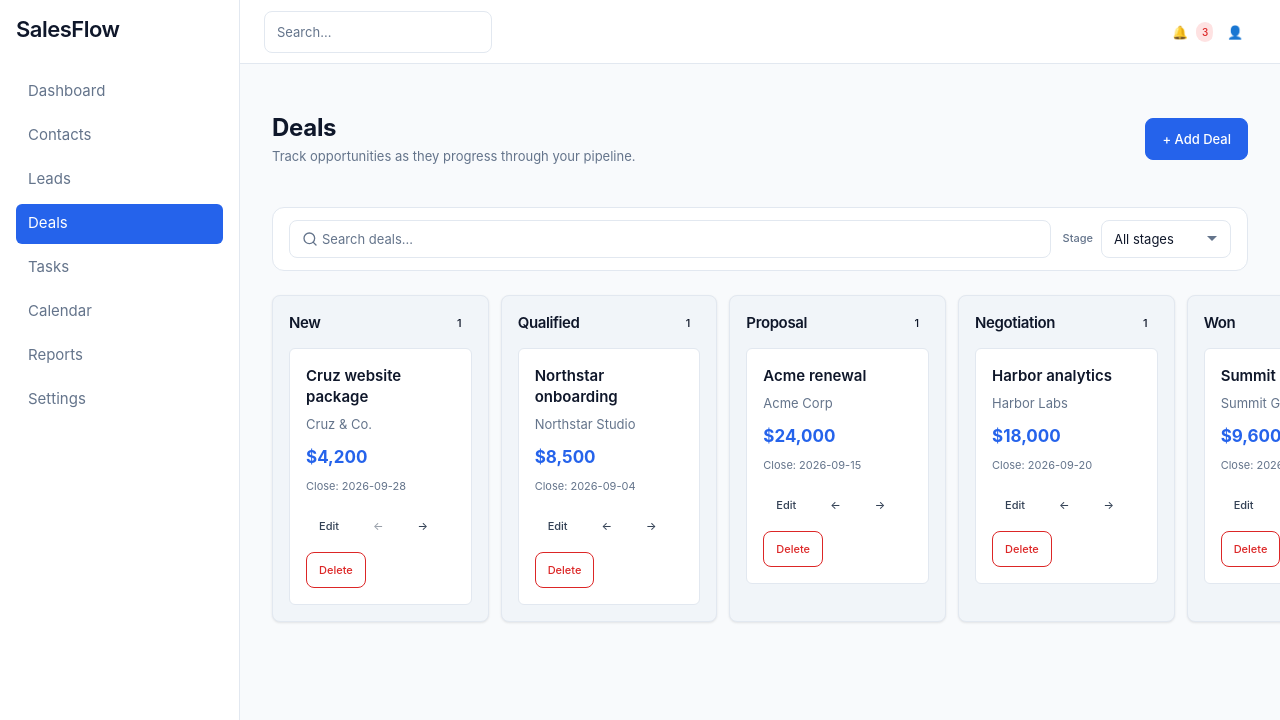
Repository: lawrencegonzaga-dev/salesflow-crm
Page: /deals
An editor plug-in stored every save of this project. The page is shown before and after the next save, followed by the edit.
The browser window is 1280 px wide. The pictures show the whole page.
The project was rebuilt for these pictures with package versions that can differ from the ones it lists, and the page was loaded fresh each time. Also part of the build but not shown: vite.config.js, src/components/StatCard.jsx, src/components/DashboardLeads.jsx, src/components/DashboardDeals.jsx, src/components/DashboardTasks.jsx, src/components/RecentActivity.jsx, src/pages/Dashboard.jsx, src/components/ContactForm.jsx and 25 more.

Above is the page before, as saved 2026-08-18 00:18:59.

### index.html
<!doctype html>
<html lang="en">
  <head>
    <meta charset="UTF-8" />
    <link rel="icon" type="image/svg+xml" href="/favicon.svg" />
    <meta name="viewport" content="width=device-width, initial-scale=1.0" />
    <title>salesflow-crm</title>
  </head>
  <body>
    <div id="root"></div>
    <script type="module" src="/src/main.jsx"></script>
  </body>
</html>

### src/main.jsx
/* ========================================================= */
/* FILE: src/main.jsx */
/* ========================================================= */

import { StrictMode } from 'react';
import { createRoot } from 'react-dom/client';

import "./styles/main.css";
import App from './App.jsx';
import { CRMProvider } from "./context/CRMContext.jsx";

createRoot(document.getElementById('root')).render(
    <StrictMode>
        <CRMProvider>
            <App />
        </CRMProvider>
    </StrictMode>,
);

### src/styles/main.css
@import "./reset.css";
@import "./variables.css";
@import "./base.css";
@import "./layout.css";
@import "./utilities.css";

@import "./components/sidebar.css";
@import "./components/header.css";
@import "./components/toolbar.css";
@import "./components/button.css";
@import "./components/form.css";
@import "./components/card.css";
@import "./components/badge.css";
@import "./components/table.css";
@import "./components/modal.css";
@import "./components/kanban.css";
@import "./components/calendar.css";
@import "./components/leads.css";
@import "./crm.css";

/* main.css */

### src/App.jsx
/* ========================================================= */
/* FILE: src/App.jsx */
/* ========================================================= */

import { BrowserRouter, Routes, Route } from "react-router-dom";

import Dashboard from "./pages/Dashboard";
import Contacts from "./pages/Contacts";
import Leads from "./pages/Leads";
import Deals from "./pages/Deals";
import Tasks from "./pages/Tasks";
import Calendar from "./pages/Calendar";
import Reports from "./pages/Reports";
import Settings from "./pages/Settings";
import AppLayout from "./layouts/AppLayout";

function App() {
    return (
        <BrowserRouter>
            <Routes>
                <Route element={<AppLayout />}>
                    <Route path="/" element={<Dashboard />} />
                    <Route path="/dashboard" element={<Dashboard />} />
                    <Route path="/contacts" element={<Contacts />} />
                    <Route path="/leads" element={<Leads />} />
                    <Route path="/deals" element={<Deals />} />
                    <Route path="/tasks" element={<Tasks />} />
                    <Route path="/calendar" element={<Calendar />} />
                    <Route path="/reports" element={<Reports />} />
                    <Route path="/settings" element={<Settings />} />
                </Route>
            </Routes>
        </BrowserRouter>
    );
}

export default App;

### src/styles/reset.css
*,
*::before,
*::after {
  box-sizing: border-box;
}

html {
  -webkit-text-size-adjust: 100%;
}

body {
  margin: 0;
  background: var(--color-page);
  color: var(--color-text);
  font-family: var(--font-family);
  font-size: 16px;
  line-height: 1.5;

  -webkit-font-smoothing: antialiased;
  text-rendering: optimizeLegibility;
}

#root {
  min-height: 100vh;
}

h1, h2, h3, h4, h5, h6, p {
  margin: 0;
}

img, svg, video {
  display: block;
  max-width: 100%;
}

a {
  color: inherit;
}

### src/styles/utilities.css
.container {
  width: min(100%, var(--content-max-width));
  margin-inline: auto;
}

.visually-hidden {
  position: absolute;
  width: 1px;
  height: 1px;
  padding: 0;
  margin: -1px;
  overflow: hidden;
  clip: rect(0, 0, 0, 0);
  white-space: nowrap;
  border: 0;
}

### src/styles/components/sidebar.css
.app-sidebar {
  width: var(--sidebar-width);
  height: 100vh;

  padding: var(--sidebar-padding);

  display: flex;
  flex-direction: column;

  background: var(--color-surface);
  border-right: 1px solid var(--color-border);
  color: var(--color-text);
}

.app-sidebar h2 {
  margin: 0 0 28px;
  font-size: 22px;
  letter-spacing: -.5px;
}

.sidebar-nav {
  display: flex;
  flex-direction: column;
  gap: 4px;

  overflow-y: auto;
}

.sidebar-nav_item {
  min-height: var(--nav-item-height);

  display: flex;
  align-items: center;

  padding: var(--nav-item-padding);
  gap: var(--nav-item-gap);

  color: var(--color-text-muted);
  text-decoration: none;
  border-radius: var(--radius-sm);

  transition: background var(--transition-fast), color var(--transition-fast);
}

.sidebar-nav_item:hover {
  background: var(--color-surface-muted);
  color: var(--color-text);
}

.sidebar-nav_item.active {
  background: var(--color-action);
  color: white;
}

### src/styles/components/header.css
.app-header {
  height: var(--header-height);

  display: flex;
  align-items: center;
  justify-content: space-between;

  padding: var(--header-padding);

  background: var(--color-surface);
  border-bottom: 1px solid var(--color-border);
  color: var(--color-text);
}

.app-header_left,
.app-header_right {
  display: flex;
  align-items: center;
  gap: var(--header-item-gap);
}

.menu-button {
  display: none;
}

@media (max-width: 768px) {
  .app-header {
    padding: 0 16px;
  }

  .app-header_right {
    display: none;
  }

  .menu-button {
    display: inline-grid;
    width: 40px;
    height: 40px;
    place-items: center;
    padding: 0;
    font-size: 20px;
    border-radius: var(--radius-sm);
  }
}
/* header.css */

### src/styles/components/toolbar.css
/* ========================================================= */
/* FILE: src/styles/components/toolbar.css */
/* ========================================================= */

.toolbar {
  display: flex;
  flex-wrap: wrap;
  align-items: center;
  gap: var(--space-3);
  padding: var(--space-3) var(--space-4);
  background: var(--color-surface);
  border: 1px solid var(--color-border);
  border-radius: var(--radius-lg);
}

.toolbar .search-field {
  flex: 1 1 260px;
  min-width: 160px;
}

.toolbar .search-field input {
  min-height: 38px;
  height: 38px;
  padding-left: var(--space-8);
  background-image: url("data:[embedded picture, 278 characters]");
  background-repeat: no-repeat;
  background-position: var(--space-3) center;
  background-size: 16px;
}

.toolbar .filter-group {
  display: flex;
  align-items: center;
  gap: var(--space-2);
}

.toolbar .filter-group label {
  font-size: var(--text-xs);
  font-weight: var(--font-weight-medium);
  color: var(--color-text-muted);
  white-space: nowrap;
}

.toolbar select {
  min-height: 38px;
  height: 38px;
  min-width: 130px;
}

/* ================================
   TOOLBAR VARIANTS
   ================================ */

.toolbar--compact {
  padding: var(--space-2) var(--space-3);
  gap: var(--space-2);
}

.toolbar--compact select {
  min-height: 34px;
  height: 34px;
  min-width: 110px;
  font-size: var(--text-xs);
}

.toolbar--compact .search-field input {
  min-height: 34px;
  height: 34px;
  font-size: var(--text-xs);
}

/* ================================
   PAGE TOOLBAR
   ================================ */

.page-toolbar {
  display: flex;
  align-items: center;
  justify-content: space-between;
  gap: var(--space-4);
  flex-wrap: wrap;
}

.page-toolbar-left,
.page-toolbar-right {
  display: flex;
  align-items: center;
  gap: var(--space-3);
  flex-wrap: wrap;
}

/* ================================
   RESPONSIVE
   ================================ */

@media (max-width: 768px) {
  .toolbar {
    flex-direction: column;
    align-items: stretch;
  }

  .toolbar .search-field {
    flex: 1 1 auto;
    min-width: auto;
  }

  .toolbar .filter-group {
    flex-wrap: wrap;
  }

  .toolbar select {
    flex: 1 1 auto;
    min-width: auto;
  }

  .page-toolbar {
    flex-direction: column;
    align-items: stretch;
  }

  .page-toolbar-left,
  .page-toolbar-right {
    flex-wrap: wrap;
  }
}

/* toolbar.css */

### src/styles/components/card.css
.card,
.stat-card,
.kanban-column {
  background: var(--color-surface);
  border: 1px solid var(--color-border);
  border-radius: var(--radius-lg);
  box-shadow: var(--shadow-sm);
  transition: all var(--transition-base);
}

.card {
  padding: var(--card-padding);
}

.card:hover {
  box-shadow: var(--shadow-md);
}

.card--elevated {
  box-shadow: var(--shadow-md);
}

.card--elevated:hover {
  box-shadow: var(--shadow-lg);
}

.card--bordered {
  border-width: 2px;
}

.card--interactive {
  cursor: pointer;
}

.card--interactive:hover {
  border-color: var(--color-action);
  box-shadow: var(--shadow-md);
  transform: translateY(-2px);
}

.card-header,
.card_header {
  display: flex;
  align-items: flex-start;
  justify-content: space-between;
  gap: var(--space-4);
  margin-bottom: var(--space-4);
}

.card-header--center {
  align-items: center;
}

.card-title {
  font-size: var(--text-lg);
  font-weight: var(--font-weight-semibold);
  color: var(--color-text);
  margin: 0;
}

.card-subtitle {
  font-size: var(--text-sm);
  color: var(--color-text-muted);
  margin-top: var(--space-1);
}

.card-body,
.card_body {
  width: 100%;
}

.card-footer {
  display: flex;
  align-items: center;
  justify-content: flex-end;
  gap: var(--space-3);
  margin-top: var(--space-4);
  padding-top: var(--space-4);
  border-top: 1px solid var(--color-border);
}

.stat-card {
  display: grid;
  gap: var(--space-1);
  padding: var(--card-padding);
}

.stat-card:hover {
  box-shadow: var(--shadow-md);
}

.stat-card .stat-label {
  font-size: var(--text-sm);
  color: var(--color-text-muted);
  font-weight: var(--font-weight-medium);
}

.stat-card .stat-value {
  font-size: var(--text-3xl);
  font-weight: var(--font-weight-bold);
  color: var(--color-text);
  line-height: 1.2;
}

.stat-card .stat-detail {
  font-size: var(--text-sm);
  color: var(--color-text-muted);
}

.stat-card .stat-change {
  display: inline-flex;
  align-items: center;
  gap: var(--space-1);
  font-size: var(--text-sm);
  font-weight: var(--font-weight-medium);
  padding: var(--space-0-5) var(--space-2);
  border-radius: var(--radius-full);
}

.stat-card .stat-change--positive {
  color: var(--color-success);
  background: var(--color-success-light);
}

.stat-card .stat-change--negative {
  color: var(--color-danger);
  background: var(--color-danger-light);
}

@media (max-width: 768px) {
  .card {
    padding: var(--card-padding-sm);
  }

  .stat-card {
    padding: var(--card-padding-sm);
  }

  .stat-card .stat-value {
    font-size: var(--text-2xl);
  }

  .card-header {
    flex-direction: column;
    align-items: flex-start;
  }
}

### src/styles/components/badge.css
/* ========================================================= */
/* FILE: src/styles/components/badge.css */
/* ========================================================= */

.badge {
  display: inline-flex;
  align-items: center;
  gap: var(--space-1);
  min-height: 24px;
  padding: 0 var(--space-2-5);
  font-size: var(--text-xs);
  font-weight: var(--font-weight-medium);
  line-height: 1;
  border-radius: var(--radius-full);
  white-space: nowrap;
  transition: all var(--transition-fast);
}

/* ================================
   BADGE VARIANTS
   ================================ */

.badge--primary {
  color: var(--color-action);
  background: var(--color-action-light);
}

.badge--success {
  color: var(--color-success);
  background: var(--color-success-light);
}

.badge--warning {
  color: var(--color-warning);
  background: var(--color-warning-light);
}

.badge--danger {
  color: var(--color-danger);
  background: var(--color-danger-light);
}

.badge--info {
  color: var(--color-info);
  background: var(--color-info-light);
}

.badge--neutral {
  color: var(--color-text-muted);
  background: var(--color-surface-muted);
}

.badge--dark {
  color: var(--color-text-inverse);
  background: var(--color-text);
}

/* ================================
   BADGE SIZES
   ================================ */

.badge--sm {
  min-height: 20px;
  padding: 0 var(--space-1-5);
  font-size: 10px;
}

.badge--lg {
  min-height: 28px;
  padding: 0 var(--space-3-5);
  font-size: var(--text-sm);
}

/* ================================
   DOT BADGE
   ================================ */

.badge--dot {
  padding-left: var(--space-1-5);
}

.badge--dot::before {
  content: "";
  display: inline-block;
  width: 6px;
  height: 6px;
  border-radius: 50%;
  margin-right: var(--space-1);
}

.badge--primary.badge--dot::before {
  background: var(--color-action);
}

.badge--success.badge--dot::before {
  background: var(--color-success);
}

.badge--warning.badge--dot::before {
  background: var(--color-warning);
}

.badge--danger.badge--dot::before {
  background: var(--color-danger);
}

/* ================================
   BADGE WITH COUNT
   ================================ */

.badge--count {
  min-width: 24px;
  justify-content: center;
  padding: 0 var(--space-1-5);
  border-radius: var(--radius-full);
  font-size: var(--text-xs);
  font-weight: var(--font-weight-bold);
}

/* badge.css */

### src/styles/components/kanban.css
/* Canonical kanban board + deal card styles.
   This file is the single source of truth for these selectors —
   they were previously duplicated (with conflicting values) in
   the page-specific stylesheet. */

.kanban-board {
  display: grid;
  grid-template-columns: repeat(6, minmax(0, 1fr));
  gap: 12px;

  width: 100%;
  min-width: 1360px;


  padding-bottom: 8px;
}

.kanban-column {
  min-width: 0px;
  padding: 16px;

  background: var(--color-surface-muted);
  border-radius: var(--radius-md);
}

.kanban-column_header {
  display: flex;
  align-items: center;
  justify-content: space-between;

  gap: 12px;
  margin-bottom: 12px;
}

.kanban-column_header h2 {
  margin: 0;
  font-size: var(--text-base);
}

.kanban-column_body {
  display: flex;
  flex-direction: column;
  gap: 12px;

  min-height: 120px;
}

.deal-card {
  display: grid;
  gap: 8px;

  padding: 16px;

  background: var(--color-surface);
  border: 1px solid var(--color-border);
  border-radius: var(--radius-sm);

  transition: box-shadow var(--transition-fast);
}

.deal-card:hover {
  box-shadow: var(--shadow-sm);
}

.deal-card h3 {
  margin: 0;
  font-size: var(--text-base);
  line-height: 1.4;
}

.deal-card p {
  margin: 0;
  color: var(--color-text-muted);
  font-size: var(--text-sm);
  line-height: 1.5;
}

.deal-card strong {
  margin-top: 4px;
  color: var(--color-action);
  font-size: var(--text-lg);
  line-height: 1.4;
}

.deal-card small {
  color: var(--color-text-muted);
  font-size: var(--text-xs);
  line-height: 1.5;
}

.deal-card .row-actions {
  display: flex;
  flex-wrap: wrap;
  align-items: center;
  gap: 8px;

  margin-top: 6px;
}

.deal-card .row-actions button {
  min-height: 36px;
  padding: 8px 12px;
  white-space: nowrap;
}

.deal-card .button--danger {
  color: var(--color-danger);
}

.kanban-empty {
  margin: 8px 0;

  padding: 20px;

  border: 1px dashed var(--color-border);
  border-radius: var(--radius-md);

  color: var(--color-text-muted);
  font-size: var(--text-sm);
  text-align: center;
}

@media (max-width: 768px) {
  .kanban-board {
    grid-template-columns: repeat(6, minmax(220px, 1fr));
    gap: 16px;
  }

  .kanban-column {
    min-width: 220px;
  }

  .deal-card {
    padding: 14px;
  }
}

### src/styles/components/calendar.css
.calendar {
  width: 100%;
  min-width: 700px;
  border: 1px solid var(--color-border);
  border-radius: var(--radius-md);
  overflow: hidden;
}

.calendar_header {
  min-height: 48px;
  display: grid;
  grid-template-columns: repeat(7, 1fr);

  border: 1px solid var(--color-border);
}

.calendar_day-name {
  min-height: 48px;

  display: flex;
  align-items: center;
  justify-content: center;

  padding-inline: 8px;

  font-size: 12px;
  font-weight: 600;
  color: var(--color-text-muted);
}

.calendar_grid {
  display: grid;
  grid-template-columns: repeat(7, 1fr);
}

.calendar_day {
  min-height: 100px;
  padding: 8px;

  border-right: 1px solid var(--color-border);
  border-left: 1px solid var(--color-border);
  border-bottom: 1px solid var(--color-border);

  transition: background var(--transition-fast);
}

.calendar_day:hover {
  background: var(--color-surface-muted);
}

.calendar_date {
  font-size: 14px;
}

.calendar-toolbar {
  display: flex;
  align-items: center;
  justify-content: space-between;
  gap: 16px;
}

.calendar-toolbar__actions {
  display: flex;
  flex-wrap: wrap;
  align-items: center;
  gap: 8px;
}

.calendar-month {
  min-width: 150px;
  text-align: center;
}

.calendar_day--outside {
  background: var(--color-surface-muted);
  color: var(--color-text-muted);
}

.calendar_day--today .calendar_date {
  display: inline-grid;
  width: 24px;
  height: 24px;
  place-items: center;
  color: #fff;
  background: var(--color-action);
  border-radius: 50%;
}

.calendar_day-events {
  display: grid;
  gap: 4px;
  margin-top: 7px;
}

.calendar-event {
  display: flex;
  overflow: hidden;
  align-items: center;
  border-radius: 4px;
  font-size: 11px;
}

.calendar-event__title {
  flex: 1;
  min-width: 0;
  height: auto;
  padding: 3px 5px;
  overflow: hidden;
  text-align: left;
  text-overflow: ellipsis;
  white-space: nowrap;
  border: 0;
  border-radius: 0;
}

.calendar-event__delete {
  min-height: 20px;
  padding: 0 4px;
  border: 0;
  border-radius: 0;
}

.calendar-event__delete:hover {
  color: var(--color-danger);
}

.calendar-event--task {
  background: color-mix(in srgb, var(--color-action) 20%, white);
}

.calendar-event--deal {
  background: color-mix(in srgb, var(--color-success) 20%, white);
}

.calendar-event--event {
  background: color-mix(in srgb, #a855f7 20%, white);
}

@media (max-width: 768px) {
  .calendar-toolbar {
    align-items: flex-start;
    flex-direction: column;
  }

  .calendar {
    overflow-x: auto;
  }
}

### src/styles/components/leads.css
.lead-pipeline {
  display: grid;
  grid-template-columns: repeat(6, minmax(190px, 1fr));
  gap: 12px;
  overflow-x: auto;
  padding: 4px 0 16px;
}

.lead-pipeline__stage {
  min-width: 190px;
  background: var(--color-surface-muted);
  border: 1px solid var(--color-border);
  border-radius: var(--radius-md);
  padding: 12px;
   min-height: 200px;
}

.lead-pipeline__stage header {
  display: flex;
  align-items: center;
  justify-content: space-between;
}

.lead-pipeline__stage h2 {
  font-size: 15px;
  margin: 0;
}

.lead-pipeline__stage header span {
  border-radius: var(--radius-full);
  background: var(--color-border);
  padding: 2px 8px;
  font-size: 12px;
}

.lead-pipeline__items {
  display: grid;
  gap: 8px;
  margin-top: 12px;
}

.lead-pipeline__card {
  display: block;
  width: 100%;
  text-align: left;
  padding: 12px;
  min-height: 90px;
  background: var(--color-surface);
  border: 1px solid var(--color-border);
  border-radius: var(--radius-sm);
  cursor: pointer;
  color: inherit;
  transition: border-color var(--transition-fast);
}

.lead-pipeline__card:hover,
.lead-pipeline__card:focus-visible {
  border-color: var(--color-action);
  outline: none;
}

.lead-pipeline__card h3 {
  margin: 0 0 4px;
  font-size: 14px;
}

.lead-pipeline__card p {
  font-size: 12px;
  margin: 2px 0;
  color: var(--color-text-muted);
}

.lead-table-wrap {
  overflow-x: auto;
}

.lead-table__empty {
  padding: 32px;
  text-align: center;
  color: var(--color-text-muted);
}

.lead-stage {
  display: inline-block;
  border-radius: var(--radius-full);
  background: color-mix(in srgb, var(--color-action) 12%, transparent);
  color: var(--color-action);
  padding: 2px 8px;
  font-size: 12px;
}
/* leads.css */

### src/layouts/AppLayout.jsx
/* ========================================================= */
/* FILE: src/layouts/AppLayout.jsx */
/* ========================================================= */

import { useState } from "react";
import { Outlet } from "react-router-dom";

import Sidebar from "../components/Sidebar";
import Header from "../components/Header";

function AppLayout() {
    const [isNavigationOpen, setIsNavigationOpen] = useState(false);

    return (
        <div className="app-layout">
            <Sidebar
                isOpen={isNavigationOpen}
                onNavigate={() => setIsNavigationOpen(false)}
            />

            <Header
                isNavigationOpen={isNavigationOpen}
                onMenuToggle={() => setIsNavigationOpen((isOpen) => !isOpen)}
            />

            <main className="app-main">
                <div className="app-main-content">
                    <Outlet />
                </div>
            </main>

            {isNavigationOpen && (
                <button
                    className="navigation-backdrop"
                    type="button"
                    aria-label="Close navigation"
                    onClick={() => setIsNavigationOpen(false)}
                />
            )}
        </div>
    );
}

export default AppLayout;

### src/components/Sidebar.jsx
import { NavLink } from "react-router-dom";
import navigation from "../data/navigation";

function Sidebar({ isOpen, onNavigate }) {
    return (
        <aside className={`app-sidebar ${isOpen ? "app-sidebar--open" : ""}`}>
            <h2>SalesFlow</h2>

            <nav className="sidebar-nav">
                {navigation.map((item) => (
                    <NavLink
                        key={item.path}
                        to={item.path}
                        className="sidebar-nav_item"
                        onClick={onNavigate}
                    >
                        {item.label}
                    </NavLink>
                ))}
            </nav>
        </aside>
    );
}

export default Sidebar;

### src/components/Header.jsx
/* ========================================================= */
/* FILE: src/components/Header.jsx */
/* ========================================================= */

import { useState } from "react";

function Header({ isNavigationOpen, onMenuToggle }) {
    const [searchQuery, setSearchQuery] = useState("");

    return (
        <header className="app-header">
            <div className="app-header-left">
                <button
                    className="menu-button"
                    type="button"
                    aria-label="Toggle navigation"
                    aria-expanded={isNavigationOpen}
                    onClick={onMenuToggle}
                >
                    ☰
                </button>

                <div className="header-search">
                    <input
                        type="text"
                        placeholder="Search..."
                        value={searchQuery}
                        onChange={(e) => setSearchQuery(e.target.value)}
                        className="header-search-input"
                    />
                </div>
            </div>

            <div className="app-header-right">
                <button className="button button--ghost button--icon" aria-label="Notifications">
                    🔔
                    <span className="badge badge--danger badge--sm">3</span>
                </button>
                <button className="button button--ghost button--icon" aria-label="Profile">
                    👤
                </button>
            </div>
        </header>
    );
}

export default Header;

Loaded but not shown: src/data/navigation.js (48 lines, source omitted); src/pages/Deals.jsx (198 lines, source omitted); src/styles/crm.css (441 lines, source omitted); src/context/CRMContext.jsx (129 lines, source omitted); src/styles/variables.css (230 lines, source omitted); src/styles/components/form.css (194 lines, source omitted); src/styles/layout.css (206 lines, source omitted); src/styles/components/button.css (158 lines, source omitted); src/styles/components/table.css (162 lines, source omitted); src/styles/components/modal.css (157 lines, source omitted); src/styles/base.css (167 lines, source omitted)

After the next save:
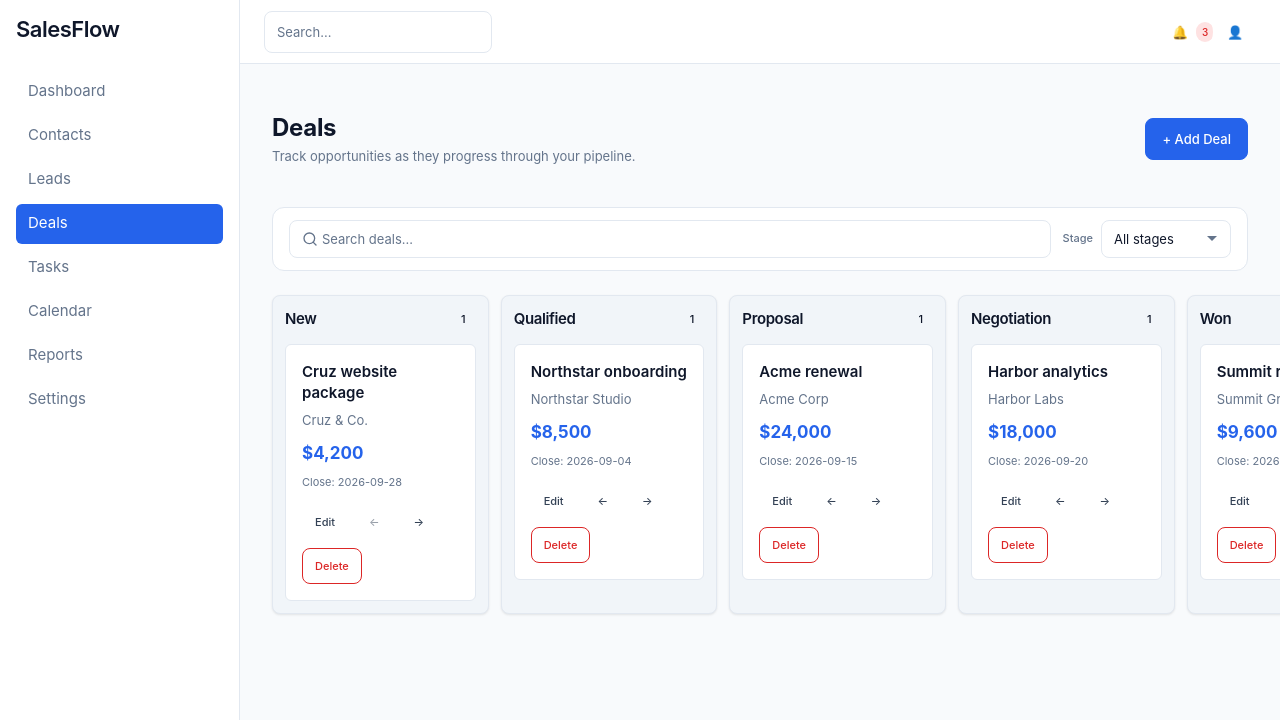
Saved 11 s later.
--- a/src/styles/components/kanban.css
+++ b/src/styles/components/kanban.css
@@ -17,7 +17,7 @@
 
 .kanban-column {
   min-width: 0px;
-  padding: 16px;
+  padding: 12px;
 
   background: var(--color-surface-muted);
   border-radius: var(--radius-md);
